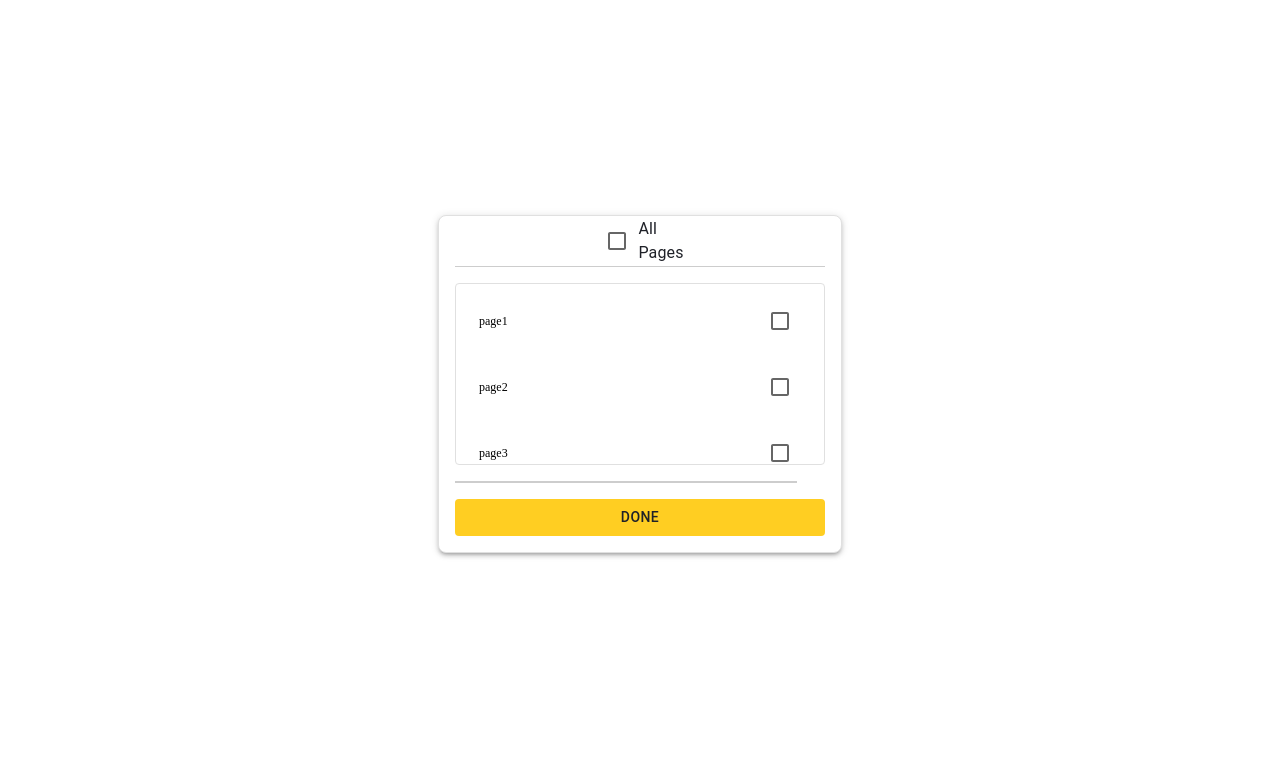
Repository: Tabishhaider72/Ellty-Test
Page: /
An editor plug-in stored every save of this project. The page is shown before and after the next save, followed by the edit.
The browser window is 1280 px wide. The pictures show the whole page.
The project was rebuilt for these pictures with package versions that can differ from the ones it lists, and the page was loaded fresh each time. Also part of the build but not shown: vite.config.js, src/index.css.

Above is the page before, as saved 2024-08-28 15:31:55.

### src/App.jsx
import React, { useState } from 'react';
import Box from '@mui/material/Box';
import Checkbox from '@mui/material/Checkbox';
import FormControlLabel from '@mui/material/FormControlLabel';
import Button from '@mui/material/Button';

function PageSelector() {
  const [allChecked, setAllChecked] = useState(false);
  const [pages, setPages] = useState({
    page1: false,
    page2: false,
    page3: false,
  });

  const handleAllCheck = () => {
    const newCheckedStatus = !allChecked;
    setAllChecked(newCheckedStatus);
    setPages({
      page1: newCheckedStatus,
      page2: newCheckedStatus,
      page3: newCheckedStatus,
    });
  };

  const handlePageCheck = (page) => {
    const newPages = { ...pages, [page]: !pages[page] };
    setPages(newPages);
    setAllChecked(Object.values(newPages).every((val) => val === true));
  };

  return (
    <Box
      sx={{
        display: 'flex',
        justifyContent: 'center',
        alignItems: 'center',
        height: '100vh',
        padding: 2,
      }}
    >
      <Box
        sx={{
          width: 370,
          backgroundColor: 'white',
          border: '1px solid',
          borderColor: 'grey.300',
          boxShadow: 3,
          borderRadius: 2,
          p: 2,
          display: 'flex',
          flexDirection: 'column',
        }}
      >
        <Box
          sx={{
            display: 'flex',
            justifyContent: 'flex-end',
            alignItems: 'center',
            mb: 2,
          }}
        >
          <FormControlLabel
            control={
              <Checkbox
                checked={allChecked}
                onChange={handleAllCheck}
                color="primary"
              />
            }
            label="All Pages"
            sx={{
              fontFamily: 'Montserrat',
              fontStyle: 'normal',
              fontWeight: 400,
              fontSize: '14px',
              lineHeight: '130%',
              color: '#1F2128',
              margin: '0 auto',
              width: '64px',
              height: '18px',
              display: 'flex',
              justifyContent: 'center',
            }}
          />
        </Box>
        <Box
          sx={{
            width: '100%',
            borderBottom: '0.7px solid #CDCDCD',
            mb: 2,
          }}
        />
        <Box
          sx={{
            overflowY: 'auto',
            height: 164,
            mb: 2,
            border: '1px solid',
            borderColor: 'grey.300',
            borderRadius: 1,
            p: 1,
          }}
        >
          {Object.keys(pages).map((page) => (
            <Box
              key={page}
              sx={{
                display: 'flex',
                justifyContent: 'space-between',
                alignItems: 'center',
                p: '8px 15px',
                mb: 1,
                backgroundColor: 'white',
                fontSize: '12px', // Smaller font size
              }}
            >
              <Box sx={{ flex: 1, textAlign: 'left' }}>{page}</Box>
              <Checkbox
                checked={pages[page]}
                onChange={() => handlePageCheck(page)}
                color="primary"
              />
            </Box>
          ))}
        </Box>
        {/* Added line */}
        <Box
          sx={{
            width: 340,
            height: 0,
            border: '0.7px solid #CDCDCD',
            mb: 2,
            flex: 'none',
            order: 0,
            flexGrow: 0,
          }}
        />
        <Box
          sx={{
            display: 'flex',
            justifyContent: 'center',
            mt: 'auto',
          }}
        >
          <Button
            variant="contained"
            sx={{
              width: '100%',
              borderRadius: 1,
              backgroundColor: '#FFCE22', // Website color/Orange
              color: '#1F2128', // Black color
              boxShadow: 'none', // Remove shadow
              '&:hover': {
                backgroundColor: '#FFD84D', // Lighter Orange color
                boxShadow: 'none', // Remove shadow on hover
              },
            }}
          >
            Done
          </Button>
        </Box>
      </Box>
    </Box>
  );
}

export default PageSelector;

Loaded but not shown: index.html (common file); src/main.jsx (common file)

After the next save:
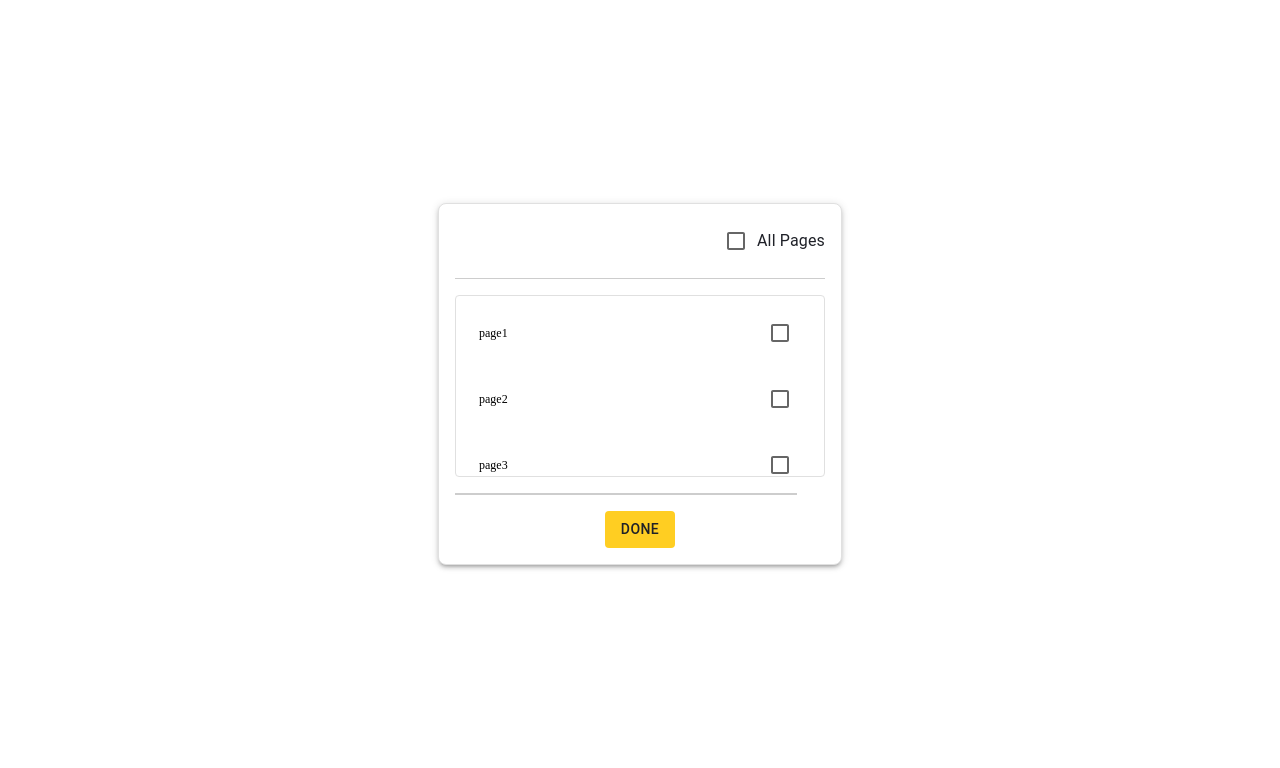
Saved 3 min 16 s later.
--- a/src/App.jsx
+++ b/src/App.jsx
@@ -51,6 +51,7 @@ function PageSelector() {
           flexDirection: 'column',
         }}
       >
+        {/* Align "All Pages" to the right */}
         <Box
           sx={{
             display: 'flex',
@@ -70,19 +71,16 @@ function PageSelector() {
             label="All Pages"
             sx={{
               fontFamily: 'Montserrat',
-              fontStyle: 'normal',
               fontWeight: 400,
               fontSize: '14px',
-              lineHeight: '130%',
               color: '#1F2128',
-              margin: '0 auto',
-              width: '64px',
-              height: '18px',
-              display: 'flex',
-              justifyContent: 'center',
+              margin: 0,
+              ml: 1,
             }}
           />
         </Box>
+
+        {/* Horizontal line */}
         <Box
           sx={{
             width: '100%',
@@ -90,6 +88,8 @@ function PageSelector() {
             mb: 2,
           }}
         />
+
+        {/* Page checkboxes aligned to the left */}
         <Box
           sx={{
             overflowY: 'auto',
@@ -111,10 +111,10 @@ function PageSelector() {
                 p: '8px 15px',
                 mb: 1,
                 backgroundColor: 'white',
-                fontSize: '12px', // Smaller font size
+                fontSize: '12px',
               }}
             >
-              <Box sx={{ flex: 1, textAlign: 'left' }}>{page}</Box>
+              <Box sx={{ flex: 1 }}>{page}</Box>
               <Checkbox
                 checked={pages[page]}
                 onChange={() => handlePageCheck(page)}
@@ -123,6 +123,7 @@ function PageSelector() {
             </Box>
           ))}
         </Box>
+
         {/* Added line */}
         <Box
           sx={{
@@ -135,17 +136,12 @@ function PageSelector() {
             flexGrow: 0,
           }}
         />
-        <Box
-          sx={{
-            display: 'flex',
-            justifyContent: 'center',
-            mt: 'auto',
-          }}
-        >
+
+        {/* Center "Done" button */}
+        <Box sx={{ textAlign: 'center', mt: 'auto' }}>
           <Button
             variant="contained"
             sx={{
-              width: '100%',
               borderRadius: 1,
               backgroundColor: '#FFCE22', // Website color/Orange
               color: '#1F2128', // Black color
